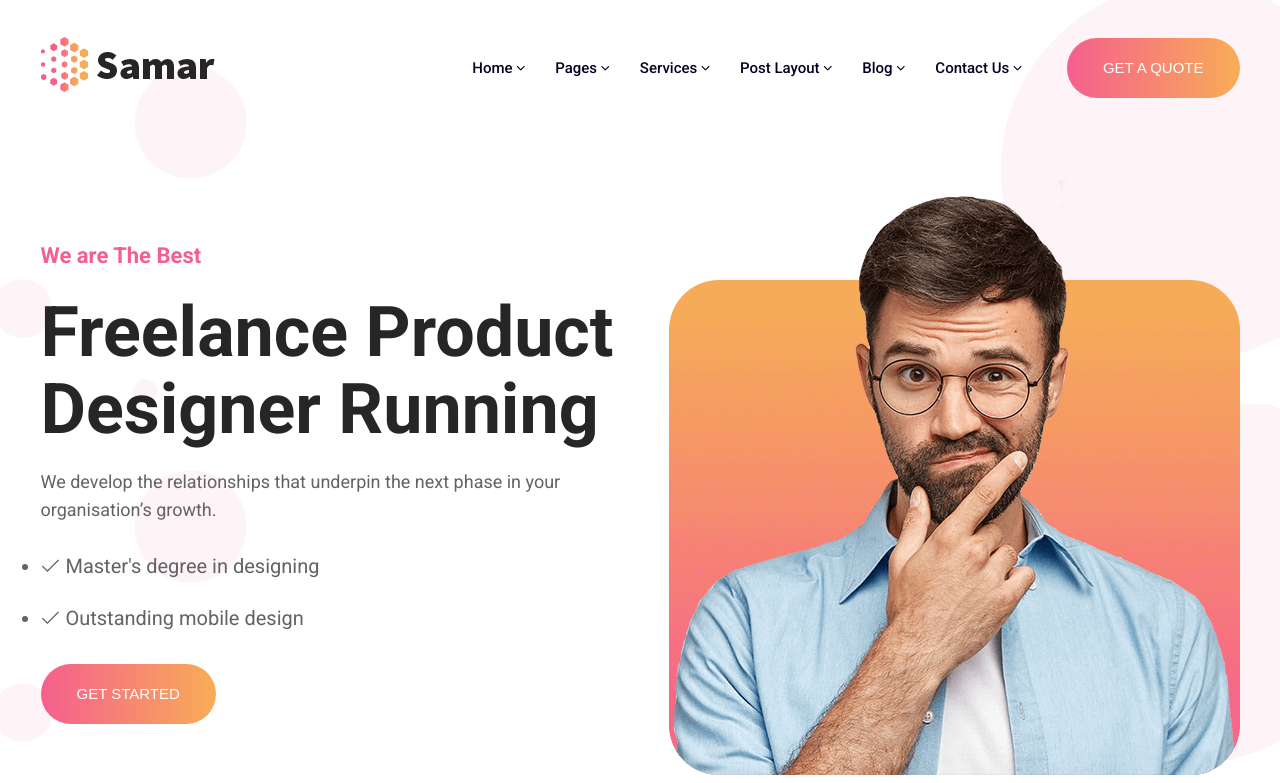
Repository: ducdatit2002/samar
Page: index.html
The author's editor kept a copy of each file at every save. The page is drawn from the files as they stood at one save, then again after the next save.
The browser window is 1280 px wide. The pictures show the whole page.

Above is the page before, as saved 2023-07-26 23:34:12.

### index.html
<!DOCTYPE html>
<html lang="en">
  <head>
    <meta charset="UTF-8" />
    <meta name="viewport" content="width=device-width, initial-scale=1.0" />
    <title>Samar - HTML Template</title>

    <!-- FONT AWESOME -->
    <link
      rel="stylesheet"
      href="https://cdnjs.cloudflare.com/ajax/libs/font-awesome/6.4.0/css/all.min.css"
      integrity="sha512-iecdLmaskl7CVkqkXNQ/ZH/XLlvWZOJyj7Yy7tcenmpD1ypASozpmT/E0iPtmFIB46ZmdtAc9eNBvH0H/ZpiBw=="
      crossorigin="anonymous"
      referrerpolicy="no-referrer"
    />
    <!-- LINE AWESOME -->
    <link rel="stylesheet" href="https://maxst.icons8.com/vue-static/landings/line-awesome/line-awesome/1.3.0/css/line-awesome.min.css">
    <!-- GOOGLE FONT -->
    <link rel="preconnect" href="https://fonts.googleapis.com" />
    <link rel="preconnect" href="https://fonts.gstatic.com" crossorigin />
    <link
      href="https://fonts.googleapis.com/css2?family=Hind:wght@300;400;700&family=Roboto:wght@300;400;500;700&display=swap"
      rel="stylesheet"
    />
    <!-- FLATICON -->
    <link rel="stylesheet" href="./css/flaticon/flaticon.css">
    <!-- MAIN CSS -->
    <link rel="stylesheet" href="./index.css" />
  </head>
  <body>
    <!-- HEADER -->
    <header>
      <div class="container">
        <div class="header__content">
          <a href="#">
            <img src="./img/logo-2.png" alt="logo-2">
          </a>
          <nav>
            <ul>
              <li>
                <a href="#">
                  <span>Home</span>
                  <i class="fa fa-chevron-down"></i>
                </a>
              </li>
              <li>
                <a href="#">
                  <span>Pages</span>
                  <i class="fa fa-chevron-down"></i>
                </a>
              </li>
              <li>
                <a href="#">
                  <span>Services</span>
                  <i class="fa fa-chevron-down"></i>
                </a>
              </li>
              <li>
                <a href="#">
                  <span>Post Layout</span>
                  <i class="fa fa-chevron-down"></i>
                </a>
              </li>
              <li>
                <a href="#">
                  <span>Blog</span>
                  <i class="fa fa-chevron-down"></i>
                </a>
              </li>
              <li>
                <a href="#">
                  <span>Contact Us</span>
                  <i class="fa fa-chevron-down"></i>
                </a>
              </li>
            </ul>
            <div class="header__button">
              <button class="btn-gradient">
                Get A Quote
              </button>
            </div>
          </nav>
        </div>
      </div>
    </header>
    <!-- CAROUSEL -->
    <section class="saCarousel">
      <div class="container">
        <div class="saCarousel__content">
          <div class="saCarousel__left">
            <div class="title">
              <p>We are The Best</p>
              <h2>Freelance Product Designer Running</h2>
            </div>
            <div class="saCarousel__article">
              <p>
                We develop the relationships that underpin the next phase in your
                <br>organisation’s growth.
              </p>
              <ul>
                <li>
                  <i class="las la-check"></i>
                  Master's degree in designing
                </li>
                <li>
                  <i class="las la-check"></i>
                  Outstanding mobile design
                </li>
              </ul>
              <button class="btn-gradient">
                GET STARTED
              </button>
            </div>
          </div>
          <div class="saCarousel__right">
            <div class="saCarousel__banner">
              <img src="./img/pic3_1.png" alt="pic3_1">
            </div>
          </div>
        </div>
      </div>
    </section>
    <!-- JQUERY -->
    <script
      src="https://cdnjs.cloudflare.com/ajax/libs/jquery/3.7.0/jquery.js"
      integrity="sha512-8Z5++K1rB3U+USaLKG6oO8uWWBhdYsM3hmdirnOEWp8h2B1aOikj5zBzlXs8QOrvY9OxEnD2QDkbSKKpfqcIWw=="
      crossorigin="anonymous"
      referrerpolicy="no-referrer"
    ></script>
  </body>
</html>

### index.css
/* GLOBAL */
* {
  margin: 0;
  padding: 0;
  box-sizing: border-box;
}
html,
body {
  font-family: "Hind", sans-serif;
  font-family: "Roboto", sans-serif;
  color: #636363;
  font-weight: 400;
  line-height: 1.6;
}
a {
  text-decoration: none;
}
.container {
  max-width: 1199px;
  margin: auto;
}
/* HEADER */
header {
  position: absolute;
  top: 0;
  left: 0;
  width: 100%;
}
.header__content {
  display: flex;
  justify-content: space-between;
  align-items: center;
}
.header__content nav {
  display: flex;
  align-items: center;
}
.header__content nav ul {
  display: flex;
  margin-right: 30px;
}
.header__content li {
  padding: 55px 15px;
  list-style: none;
}
.header__content li a {
  color: #070120;
  text-transform: capitalize;
  font-size: 15px;
  font-weight: 500;
  transition: all 0.5s;
}
.header__content span {
  display: inline-block;
  transition: all 0.1s;
}
.header__content a:hover {
  color: #f55f8d;
}
.header__content a:hover span {
  animation: upToDown 0.3s;
}
.header__content i {
  font-size: 9px;
  margin-top: -3px;
  vertical-align: middle;
}
.btn-gradient {
  padding: 20px 35px;
  font-size: 15px;
  font-weight: 500;
  background-image: linear-gradient(
    to right,
    #f55f8d 0,
    #f8ae56 51%,
    #f55f8d 100%
  );
  background-size: 200%;
  border: 1px solid transparent;
  transition: all 0.5s;
  border-radius: 30px;
  color: #fff;
  cursor: pointer;
  outline: none;
  text-transform: uppercase;
  line-height: 1.2;
}
.btn-gradient:hover {
  background-position: right center;
  color: #fff;
  text-decoration: none;
}
/* CAROUSEL */
.saCarousel {
    padding-top: 180px;
    overflow: hidden;
    background-image: url(./img/pic2.png);
    background-position: top;
    background-size: 100%;
}
.saCarousel__content {
    display: flex;
    align-items: center;
}
.saCarousel__left {
    width: 60%;
}
.saCarousel__left .title p {
    font-weight: 600;
    font-size: 22px;
    margin-bottom: 20px;
    color: #f55f8d;
}
.saCarousel__left .title h2 {
    font-size: 70px;
    line-height: 1.1;
    font-weight: 800;
    color: #262626;
    margin-bottom: 20px;
}
.saCarousel__article p {
    font-size: 18px;
    margin-bottom: 15px;
}
.saCarousel__article ul {
    margin-bottom: 20px;
}
.saCarousel__article li {
    padding: 10px 5px 10px 0;
    font-size: 20px;
}
/*Animation */
@keyframes upToDown {
  49% {
    transform: translateY(100%);
  }
  50% {
    opacity: 0;
    transform: translateY(-100%);
  }
  51% {
    opacity: 1;
  }
}

Loaded but not shown: css/flaticon/flaticon.css (common file)

After the next save:
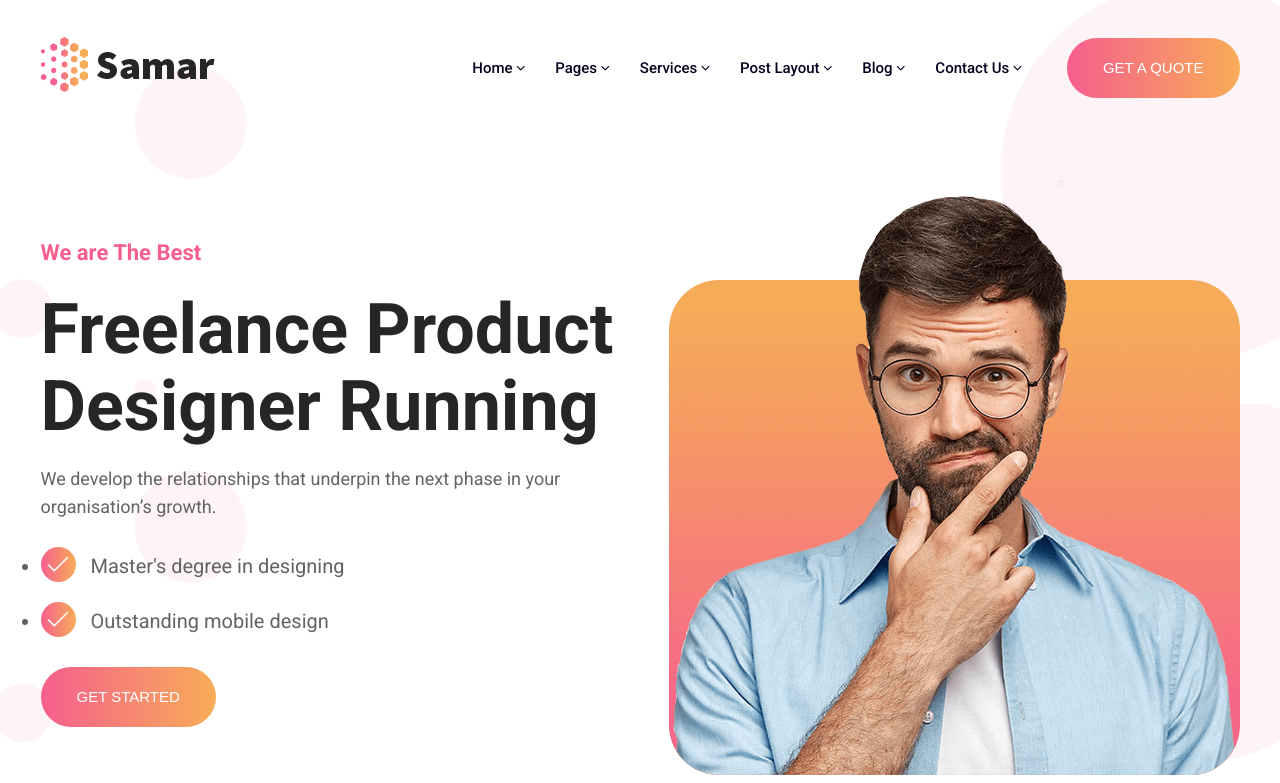
Saved 12 s later.
--- a/index.css
+++ b/index.css
@@ -129,6 +129,19 @@
     padding: 10px 5px 10px 0;
     font-size: 20px;
 }
+.saCarousel__article i {
+    width: 35px;
+    height: 35px;
+    line-height: 35px;
+    text-align: center;
+    font-size: 24px;
+    color: #fff;
+    border-radius: 35px;
+    font-weight: 900;
+    background-image: linear-gradient(to right, #f55f8d 0, #f8ae56 51%, #f55f8d 100%);
+    background-size: 200%;
+    margin-right: 10px;
+}
 /*Animation */
 @keyframes upToDown {
   49% {
